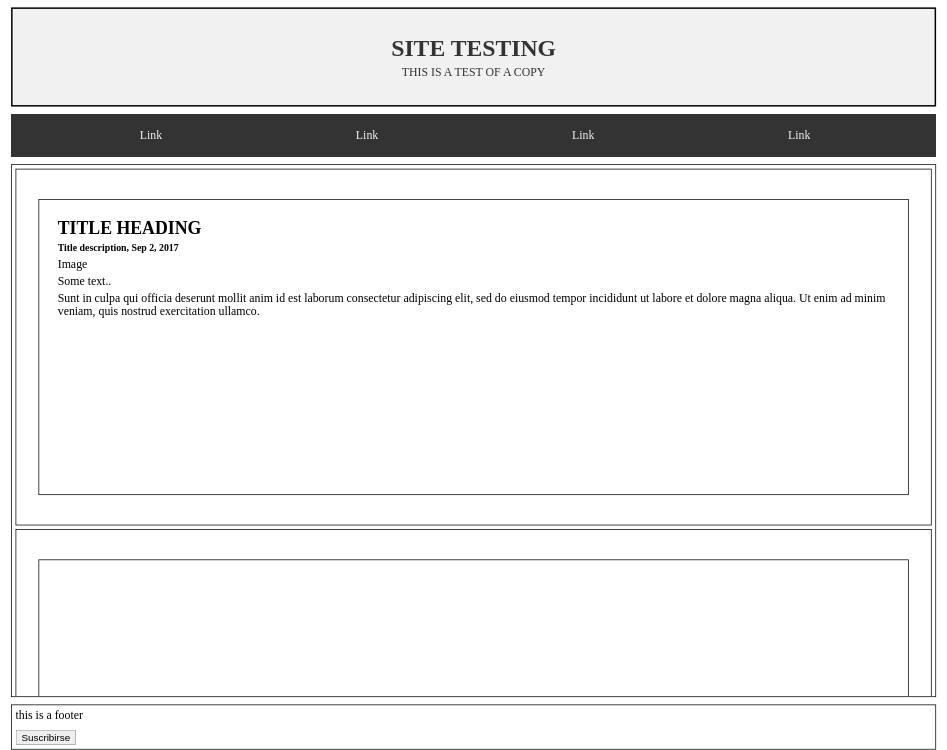
Repository: Larrowo/LPPA-2
Page: Clase 6/index.html
These files come from the project's save history. The page is drawn as it stood at one moment and after the next save; the edit follows.
The browser window is 1280 px wide. The pictures show the whole page, at 74% of full size.

Above is the page before, as saved 2022-05-30 14:10:56.

### Clase 6/index.html
<!DOCTYPE html>
<html lang="en">
  <head>
    <meta charset="UTF-8" />
    <meta http-equiv="X-UA-Compatible" content="IE=edge" />
    <meta name="viewport" content="width=device-width, initial-scale=1.0" />
    <title>Document</title>
    <link rel="stylesheet" href="/Clase 6/style.css" />
    <link rel="stylesheet" href="/Clase 6/mediaQrys.css" />
  </head>
  <body>
    <header class="siteHeader">
      <h1>SITE TESTING</h1>
      <p>THIS IS A TEST OF A COPY</p>
    </header>
    <nav class="navBar">
      <ul class="list">
        <li class="navItem"><a href="#">Link</a></li>
        <li class="navItem"><a href="#">Link</a></li>
        <li class="navItem"><a href="#">Link</a></li>
        <li class="navItem"><a href="#">Link</a></li>
      </ul>
    </nav>
    <div class="contentContainer">
      <div class="generalContainer">
          <article class="card">
            <h2>TITLE HEADING</h2>
            <h5>Title description, Sep 2, 2017</h5>
            <div class="fakeimg hidden">Image</div>
            <p>Some text..</p>
            <p>Sunt in culpa qui officia deserunt mollit anim id est laborum consectetur adipiscing elit, sed do eiusmod tempor incididunt ut labore et dolore magna aliqua. Ut enim ad minim veniam, quis nostrud exercitation ullamco.</p>
          </article>
      </div>
      <div class="deportesContainer">
          <article class="card"></article>
      </div>
      <div class="policialesContainer"></div>
      <div class="politicaContainer"></div>
    </div>
    <footer class="pageFooter">
        <p>this is a footer</p>
        <button>Suscribirse</button>
    </footer>
  </body>
</html>

### Clase 6/style.css
* {
  margin: 5px;
  box-sizing: border-box;
}

html,
body {
  height: 100%;
}

/* Site header */

.siteHeader {
  padding: 30px;
  text-align: center;
  color: #333;
  background-color: #f1f1f1;
  border: 2px solid black;
  margin-bottom: 10px;
}

.siteheader h1 {
  font-size: 50px;
}

/* navBar */

nav {
  background-color: #333;
  margin-bottom: 10px;
}

.navBar {
  position: sticky;
  top: 0;
}
.navItem {
  margin: 0px;
  display: inline-block;
  padding: 20px 0;
  width: 24%;
  text-align: center;
}

.navItem > a {
  text-decoration: none;
  color: #f2f2f2;
}

.navItem a:hover {
  color: aqua;
}

/* Contenido */

.card {
  border: 1px solid black;
  padding: 20px;
  margin: 20px 10px;
  height: 400px;
  width: 100%;
}

.contentContainer {
  border: 1px solid black;
  height: 100%;
  margin-bottom: 10px;
  overflow: hidden;
}

.generalContainer{
    border: 1px solid black;
    padding:20px;
    display: flex;
    justify-content: center;
}

.deportesContainer{
    border: 1px solid black;
    padding:20px;
    display: flex;
    justify-content: center;
}

/* Footer */

footer {
  border: 1px solid black;
}

Loaded but not shown: Clase 6/mediaQrys.css (no stored copy; drawn as an empty file)

After the next save:
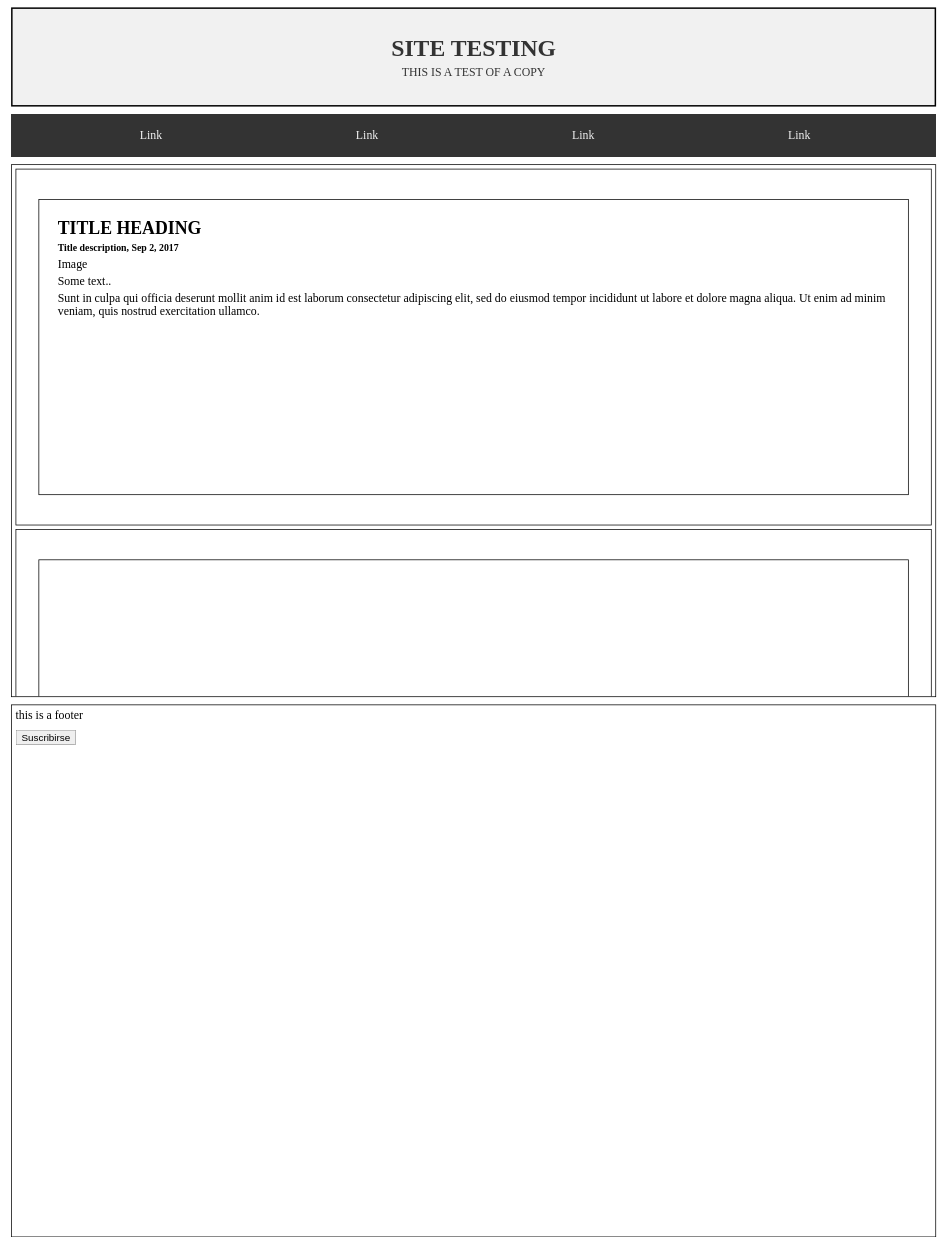
Saved 16 s later.
--- a/Clase 6/style.css
+++ b/Clase 6/style.css
@@ -87,3 +87,7 @@ nav {
 footer {
   border: 1px solid black;
 }
+
+.pageFooter{
+  height: 100%;
+}

After the save that followed:
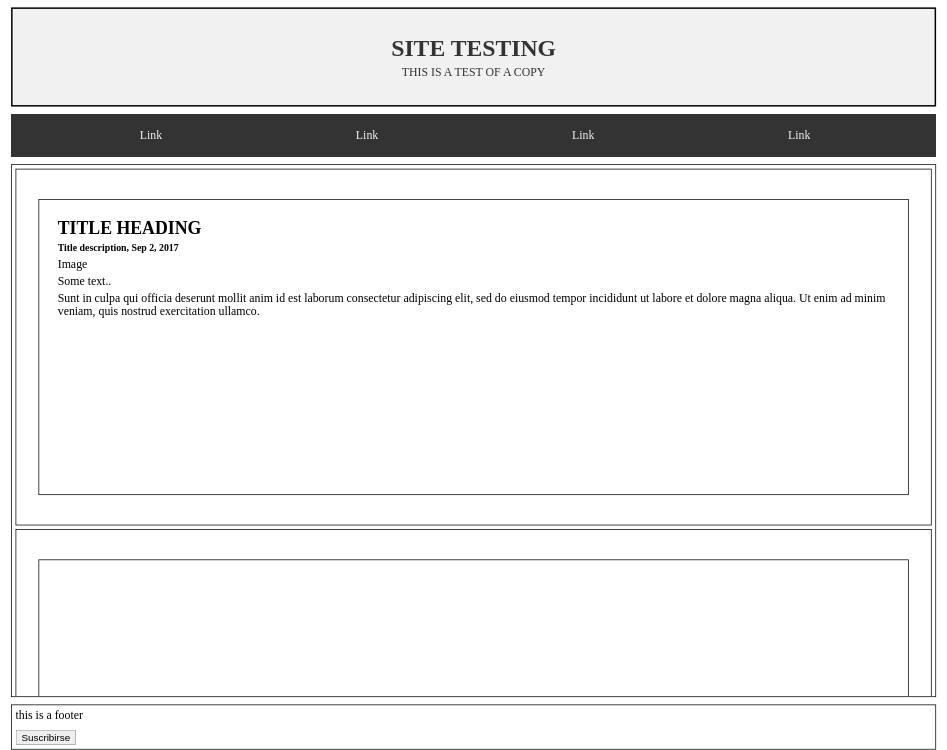
Saved 24 s later.
--- a/Clase 6/style.css
+++ b/Clase 6/style.css
@@ -89,5 +89,5 @@ footer {
 }
 
 .pageFooter{
-  height: 100%;
+
 }
